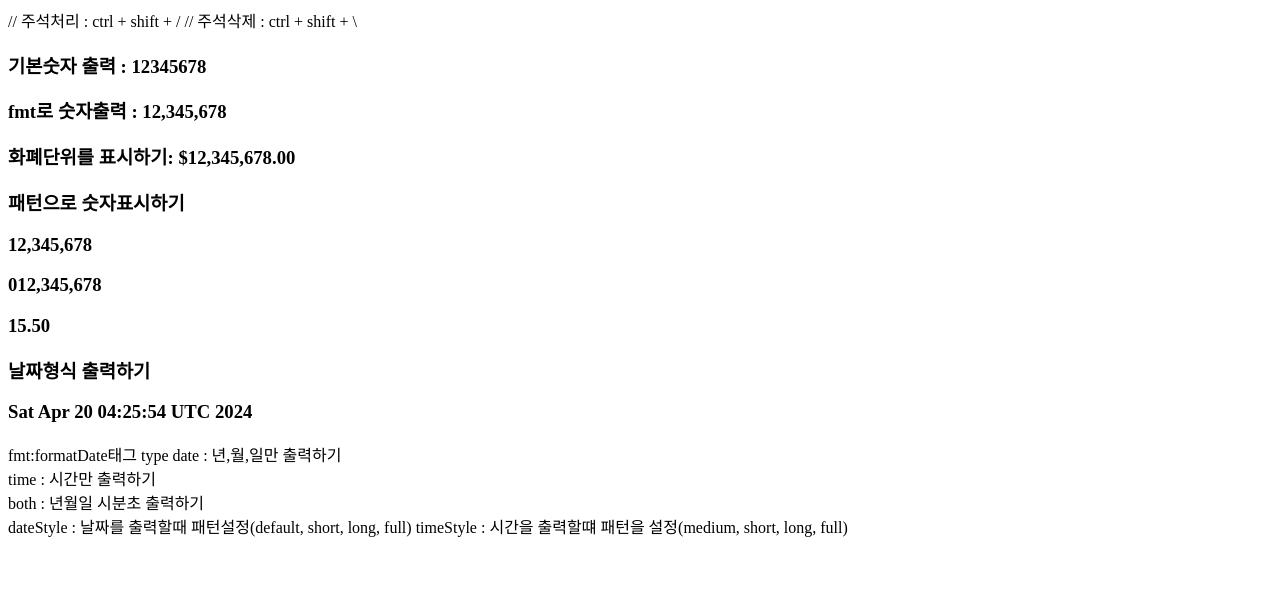
Repository: yongmin0309/mybatis1
Page: http://localhost/eL_JSTL/views/jstl/formattag.jsp
An editor plug-in stored every save of this project. The page is shown before and after the next save, followed by the edit.
The browser window is 1280 px wide. The pictures show the whole page.
The page is served by Tomcat 9.

Above is the page before, as saved 2024-04-20 08:19:50.

After the next save:
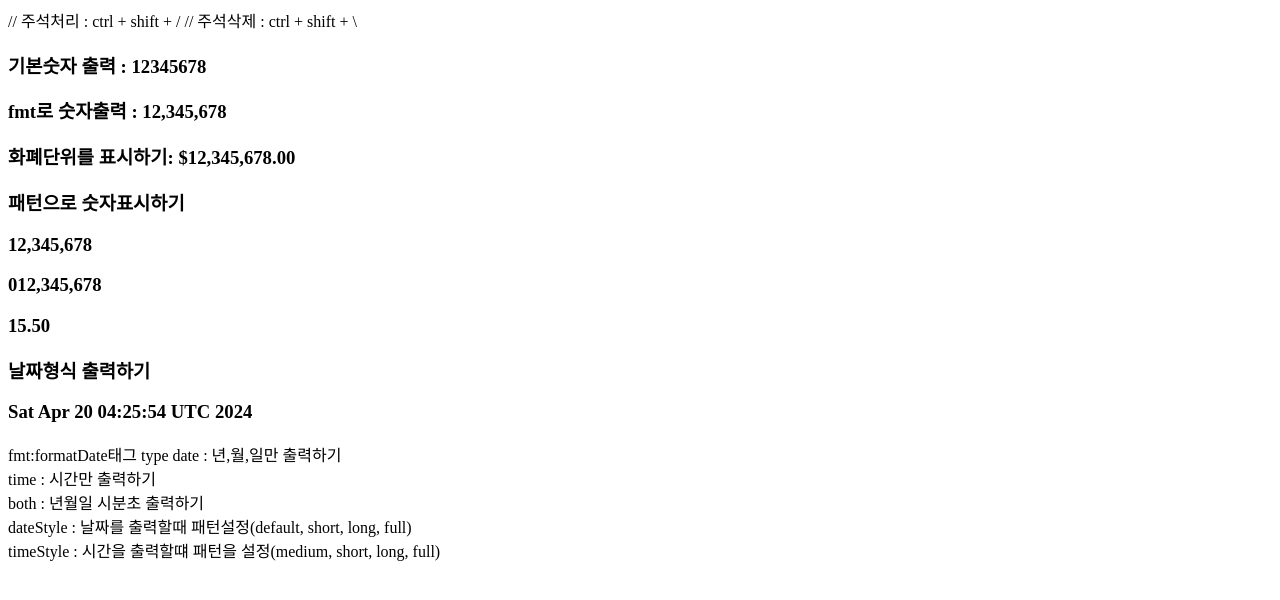
Saved 17 s later.
--- a/work/eL_JSTL/src/main/webapp/views/jstl/formattag.jsp
+++ b/work/eL_JSTL/src/main/webapp/views/jstl/formattag.jsp
@@ -36,8 +36,8 @@
 				date : 년,월,일만 출력하기 <br>
 				time : 시간만 출력하기 <br>
 				both : 년월일 시분초 출력하기 <br>
-			dateStyle : 날짜를 출력할때 패턴설정(default, short, long, full)
-			timeStyle : 시간을 출력할떄 패턴을 설정(medium, short, long, full)
+			dateStyle : 날짜를 출력할때 패턴설정(default, short, long, full) <br>
+			timeStyle : 시간을 출력할떄 패턴을 설정(medium, short, long, full) <br>
 	</p>
 
 
